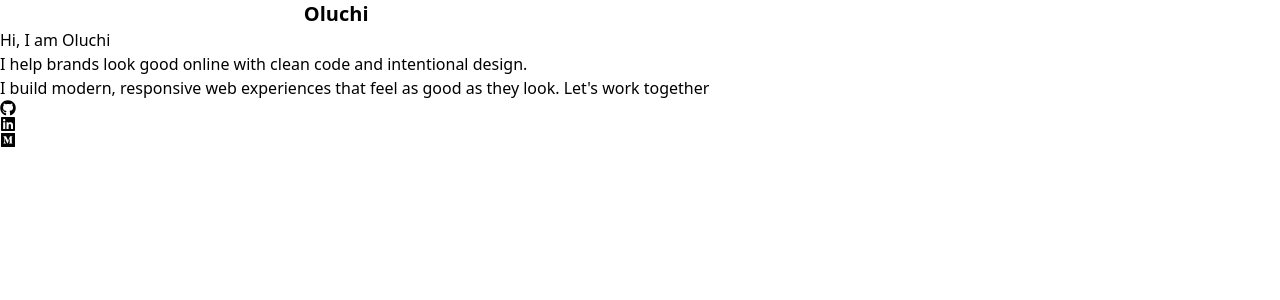
Repository: ooluchi/portfolio_
Page: / (app in my-react-app/)
These files come from the project's save history. The page is drawn as it stood at one moment and after a run of saves; the edit follows.
The browser window is 1280 px wide. The pictures show the whole page.
The project was rebuilt for these pictures with package versions that can differ from the ones it lists, and the page was loaded fresh each time. Also part of the build but not shown: my-react-app/vite.config.ts.

Above is the page before, as saved 2025-11-19 13:46:42.

After the next 2 saves:
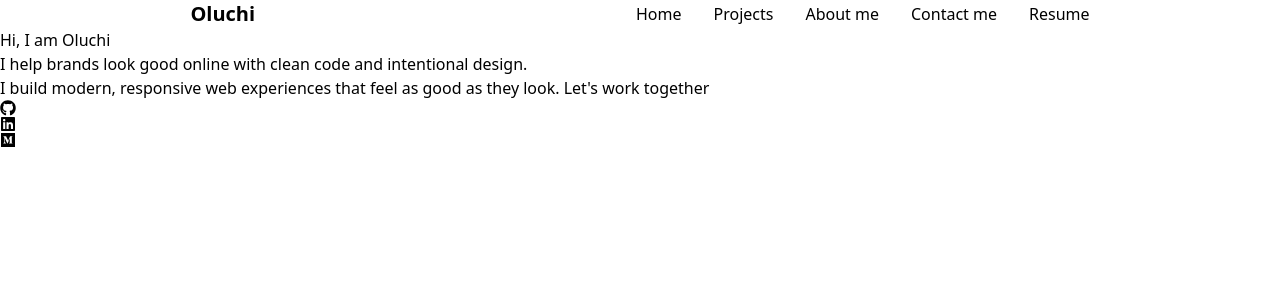
The 2 saves are shown as one change because they came seconds apart.
The last was saved 47 s later.
--- a/my-react-app/src/components/NavBar.tsx
+++ b/my-react-app/src/components/NavBar.tsx
@@ -28,7 +28,7 @@
               />
             </button>
           </div>
-          <div className={`w-full ${isOpen ? "block" : "hidden"}`}>
+          <div className={`w-full ${isOpen ? "block" : "hidden"} lg:block`}>
             <ul className={`flex flex-col gap-4 ${isOpen ? "block" : "hidden"} lg:flex lg:flex-row lg:gap-8 lg:static`}>
               <li className=""><a href="#">Home</a></li>
               <li className=""><a href="#">Projects</a></li>
